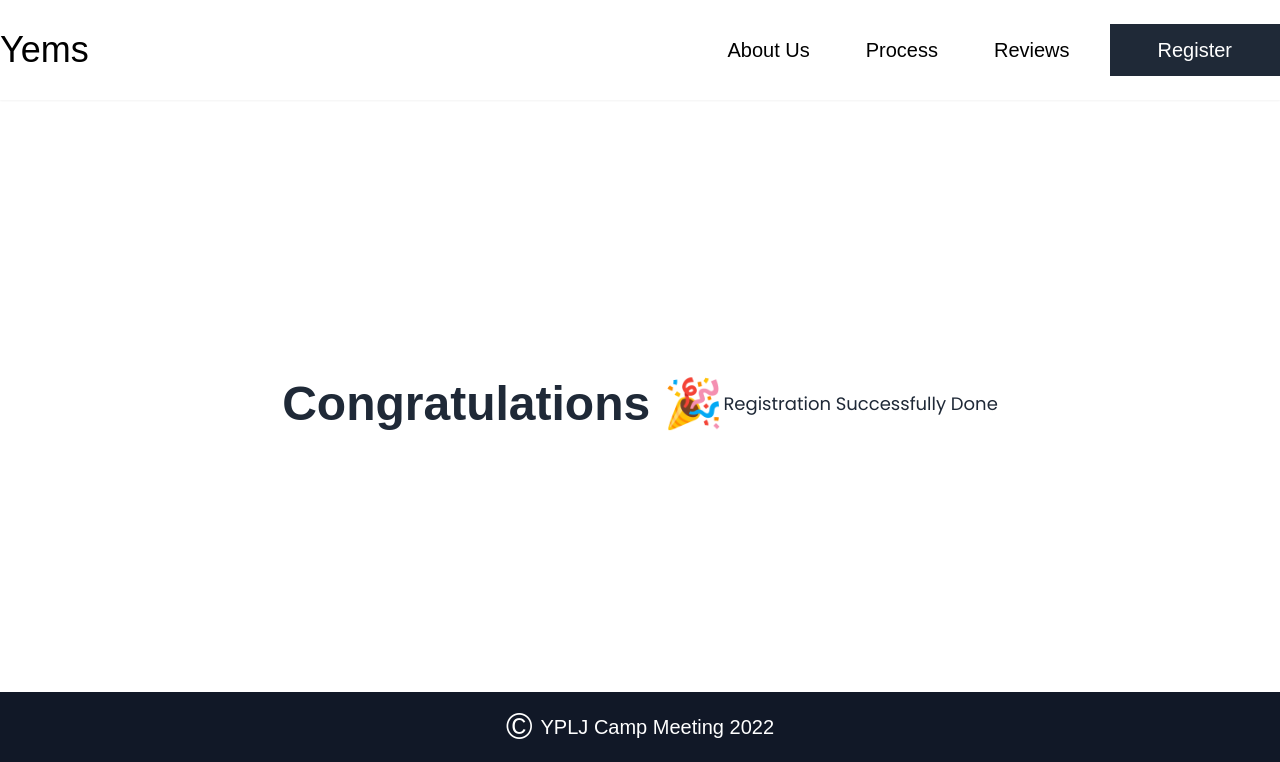
Repository: Ifenna-Pascal/user-camp-onboarding
Page: /dashboard
The author's editor kept a copy of each file at every save. The page is drawn from the files as they stood at one save, then again after the next save.
The browser window is 1280 px wide. The pictures show the whole page.
Some web fonts or font styles are not loaded; a fallback is used. The project was rebuilt for these pictures with package versions that can differ from the ones it lists, and the page was loaded fresh each time. The framework's server and built-in components were replaced by stand-ins that run in the browser. Also part of the build but not shown: next.config.js.

Above is the page before, as saved 2022-11-23 02:39:59.

### pages/_app.js
import Mainlayout from "../components/layout";
import "../styles/globals.css";
import "remixicon/fonts/remixicon.css";

function MyApp({ Component, pageProps }) {
  return (
    <Mainlayout>
      <Component {...pageProps} />
    </Mainlayout>
  );
}

export default MyApp;

### pages/dashboard.jsx
import React from "react";

function Dashboard() {
  return (
    <div className="min-h-[80vh] flex items-center justify-center">
      <h1 className="text-gray-800 text-center lg:text-left text-2xl lg:text-5xl font-semibold font-sono block ">
        Congratulations 🎉
      </h1>
      <p className="block text-base  lg:text-lg text-center font-poppins text-gray-800 leading-[30px] py-2 lg:py-4">
        Registration Successfully Done
      </p>
    </div>
  );
}

export default Dashboard;

### components/layout/index.jsx
import React from "react";
import Footer from "./Footer";
import Nav from "./Nav";

function Mainlayout({ children }) {
  return (
    <div className="relative">
      <Nav />
      <main>{children}</main>
      <Footer />
    </div>
  );
}

export default Mainlayout;

### styles/globals.css
@import url('https://fonts.googleapis.com/css2?family=Poppins&family=Sono:wght@400;500&display=swap');
@import url('https://fonts.googleapis.com/css2?family=Montserrat&family=Source+Sans+Pro&display=swap');

* {
  padding: 0;
  margin: 0;
  box-sizing: border-box;
  scroll-behavior: smooth;
}

html,
body {
  padding: 0;
  margin: 0;
  font-family: -apple-system, BlinkMacSystemFont, Segoe UI, Roboto, Oxygen,
    Ubuntu, Cantarell, Fira Sans, Droid Sans, Helvetica Neue, sans-serif;
}

a {
  color: inherit;
  text-decoration: none;
}

* {
  box-sizing: border-box;
}

@media (prefers-color-scheme: dark) {
  html {
    color-scheme: dark;
  }
  body {
    color: white;
    background: black;
  }
}

@tailwind base;
@tailwind components;
@tailwind utilities;

### components/layout/Footer.jsx
import React from "react";

function Footer() {
  return (
    <div className="bg-gray-900 w-full h-[70px]  flex items-center justify-center">
      <p className="text-center flex items-center text-white font-sono text-xl">
        {" "}
        <span className="text-4xl mr-2">&copy;</span> YPLJ Camp Meeting 2022{" "}
      </p>
    </div>
  );
}

export default Footer;

### components/layout/Nav.jsx
import Link from "next/link";
import { useRouter } from "next/router";
import React, { useState } from "react";
import Button from "../general/Button";
import NavLink from "../general/NavLink";

function Nav() {
  const [show, setShow] = useState(false);
  const router = useRouter();
  const toggle = () => {
    setShow(!show);
  };
  return (
    <div className="lg:sticky  top-0 w-full shadow-sm mb-4 z-50 px-6 lg:px-0 bg-white">
      <nav className="w-full lg:py-6 py-5 flex items-center  lg:max-w-[1450px] lg:mx-auto justify-between">
        <Link href="/">
          {" "}
          <h1 className="font-sono text-2xl lg:text-4xl ">Yems</h1>
        </Link>
        <ul className="lg:flex items-center hidden justify-between">
          <NavLink href="/#home" name="About Us" />
          <NavLink href="/#process" name="Process" />
          <NavLink href="/#reviews" name="Reviews" />
          <Link href="/register">
            <Button text="Register" />
          </Link>
        </ul>
        <button
          className='block md:hidden className="w-full px-2 py-1 rounded-lg text-AP-grey-200 hover:text-AP-blue-200 border-AP-grey-200 hover:border-AP-blue-400'
          onClick={toggle}
        >
          <i
            className={`${
              !show ? "ri-menu-3-fill duration-500" : "ri-close-line"
            } text-2xl text-gray-800`}
          />
        </button>
      </nav>
      <div
        className={`flex lg:hidden ${
          show
            ? "flex duration-500  flex-col items-center space-y-8 pt-2 "
            : "hidden"
        }`}
      >
        <NavLink href="/#home" name="About Us" />
        <NavLink href="/#process" name="Process" />
        <NavLink href="/#reviews" name="Reviews" />
        {router.pathname !== "/register" && (
          <Link href="/register">
            <Button text="Register" onClick={() => setShow(false)} />
          </Link>
        )}
      </div>
    </div>
  );
}

export default Nav;

### components/general/Button.jsx
import React from "react";

function Button({ text, ...rest }) {
  return (
    <button
      className="bg-gray-800 px-12 py-3 hover:bg-white hover:text-black hover:border hover:border-black duration-500 hover:ease-in-out text-white font-sono text-xl"
      {...rest}
    >
      {text}
    </button>
  );
}

export default Button;

### components/general/NavLink.jsx
import Link from "next/link";
import React from "react";

function NavLink({ href, name }) {
  return (
    <Link href={href}>
      <span className="text-black px-4 text-xl font-sono mr-6 font-500">
        {name}
      </span>
    </Link>
  );
}

export default NavLink;

### tailwind.config.js
/** @type {import('tailwindcss').Config} */
module.exports = {
  content: [
    "./pages/**/*.{js,ts,jsx,tsx}",
    "./components/**/*.{js,ts,jsx,tsx}",
  ],

  theme: {
    extend: {
      fontFamily: {
        sono: ["Sono", "sans-serif"],
        poppins: ["Poppins", "sans-serif"],
        montserat: ["Montserrat", "sans-serif"],
      },
    },
  },
  plugins: [],
};

After the next save:
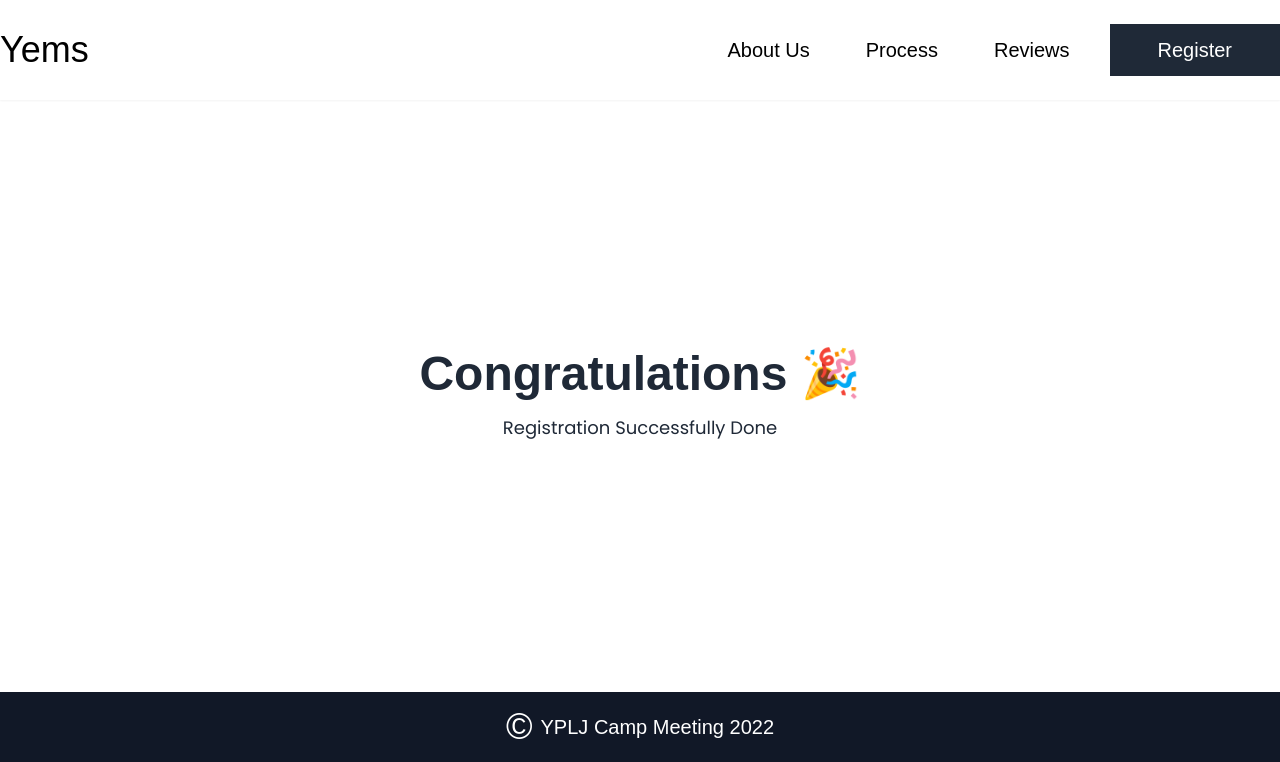
Saved 14 s later.
--- a/pages/dashboard.jsx
+++ b/pages/dashboard.jsx
@@ -2,7 +2,7 @@ import React from "react";
 
 function Dashboard() {
   return (
-    <div className="min-h-[80vh] flex items-center justify-center">
+    <div className="min-h-[80vh] flex  flex-col items-center justify-center">
       <h1 className="text-gray-800 text-center lg:text-left text-2xl lg:text-5xl font-semibold font-sono block ">
         Congratulations 🎉
       </h1>
